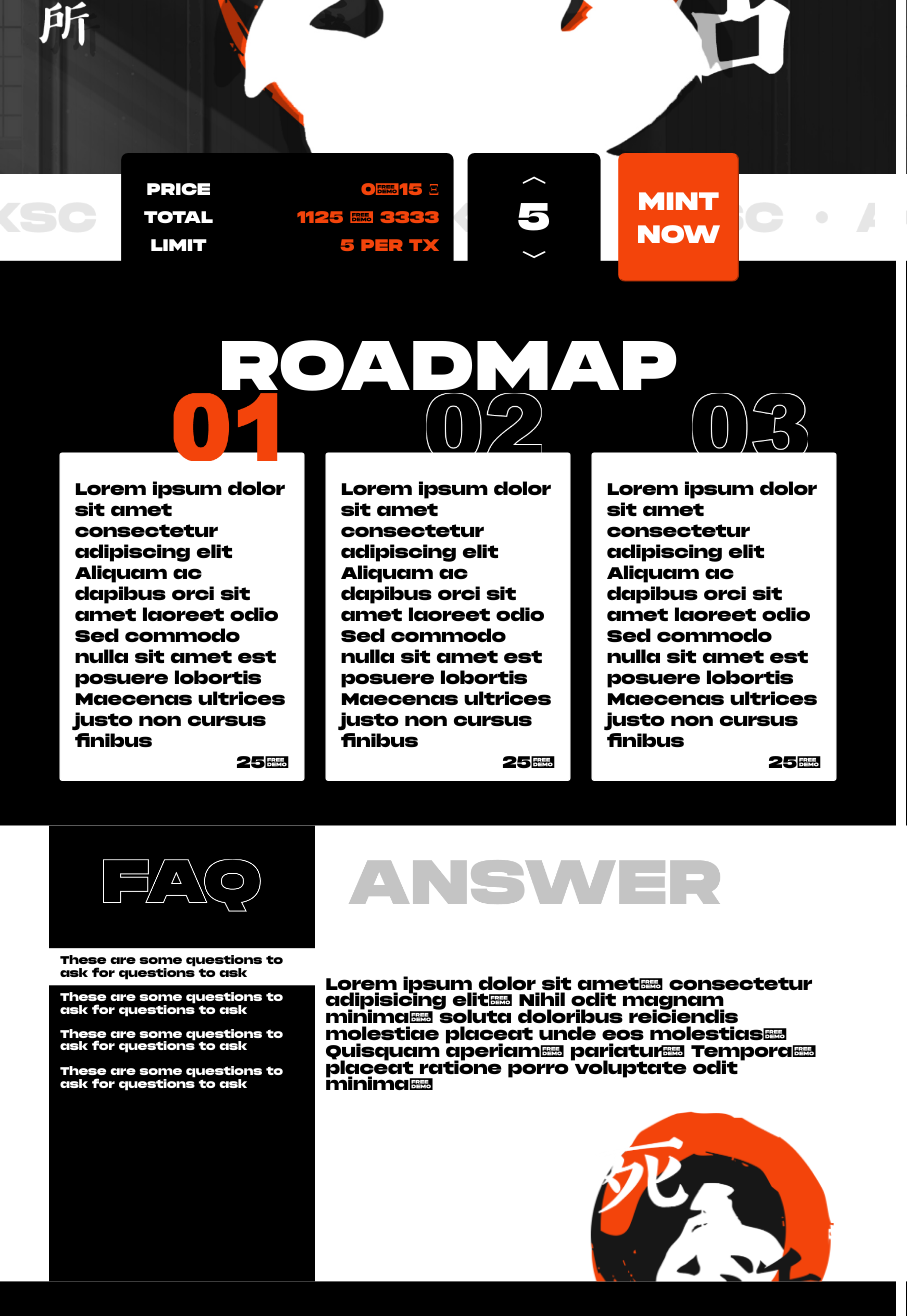
Repository: danishmahmoodawan/Sneakpeak
Page: /
The author's editor kept a copy of each file at every save. The page is drawn from the files as they stood at one save, then again after the next save.
The browser window is 1280 px wide. The page is 1295 px wide, so the pictures cover 1295 px, including what lies to the right of the window. The pictures show the part of the page from y = 522 to 2402 px (the page is 3227 px tall), at 70% of full size.
The project was rebuilt for these pictures with package versions that can differ from the ones it lists, and the page was loaded fresh each time.

Above is the page before, as saved 2022-02-28 22:14:06.

After the next save:
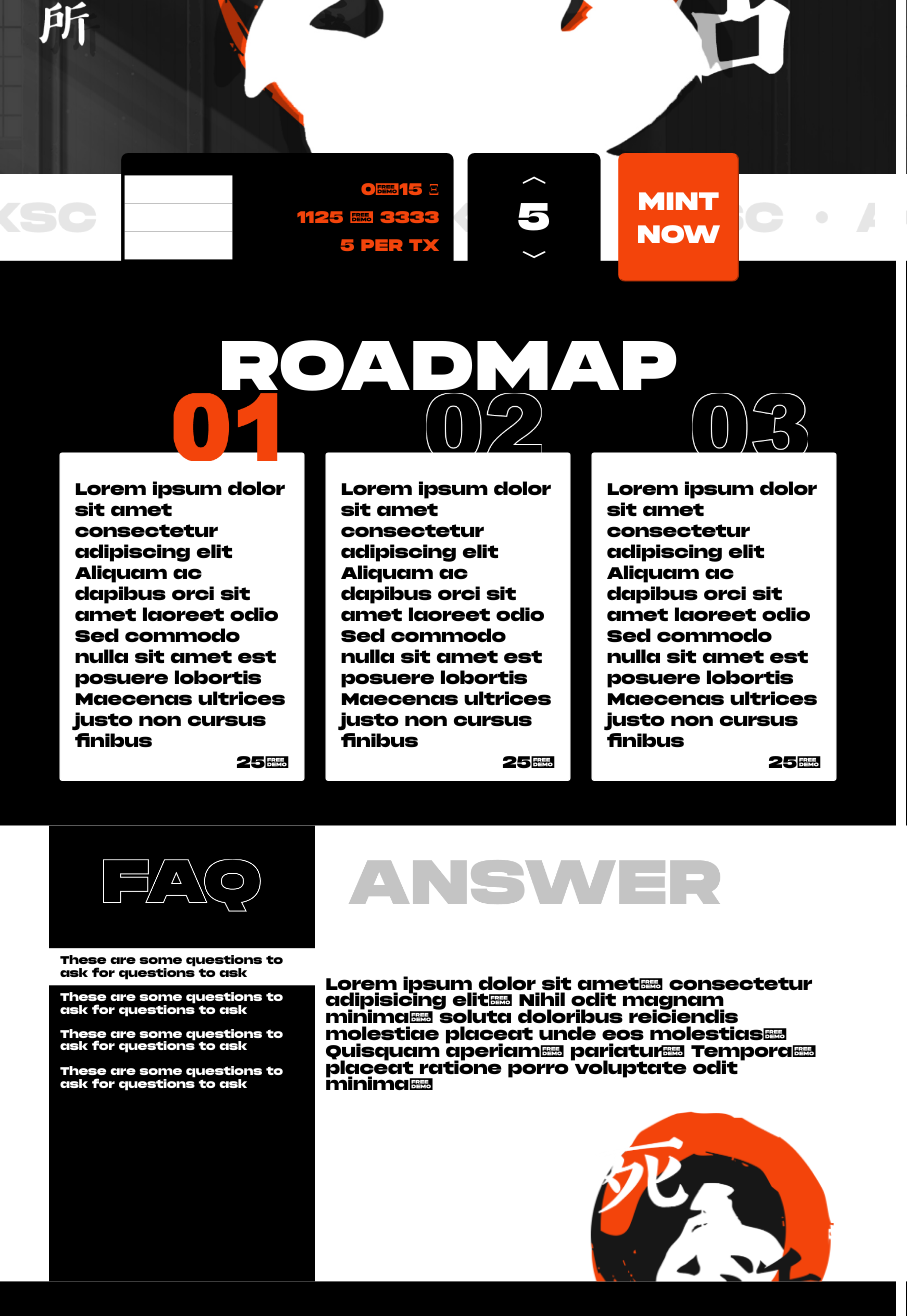
Saved 7 s later.
--- a/public/assets/css/style.css
+++ b/public/assets/css/style.css
@@ -97,7 +97,7 @@ background: white;
 .section_seven{
 background:#E5E5E5;
 }
-.section_seven img{
+.col_white{
 background: white;
 }
 .top_content .button{
